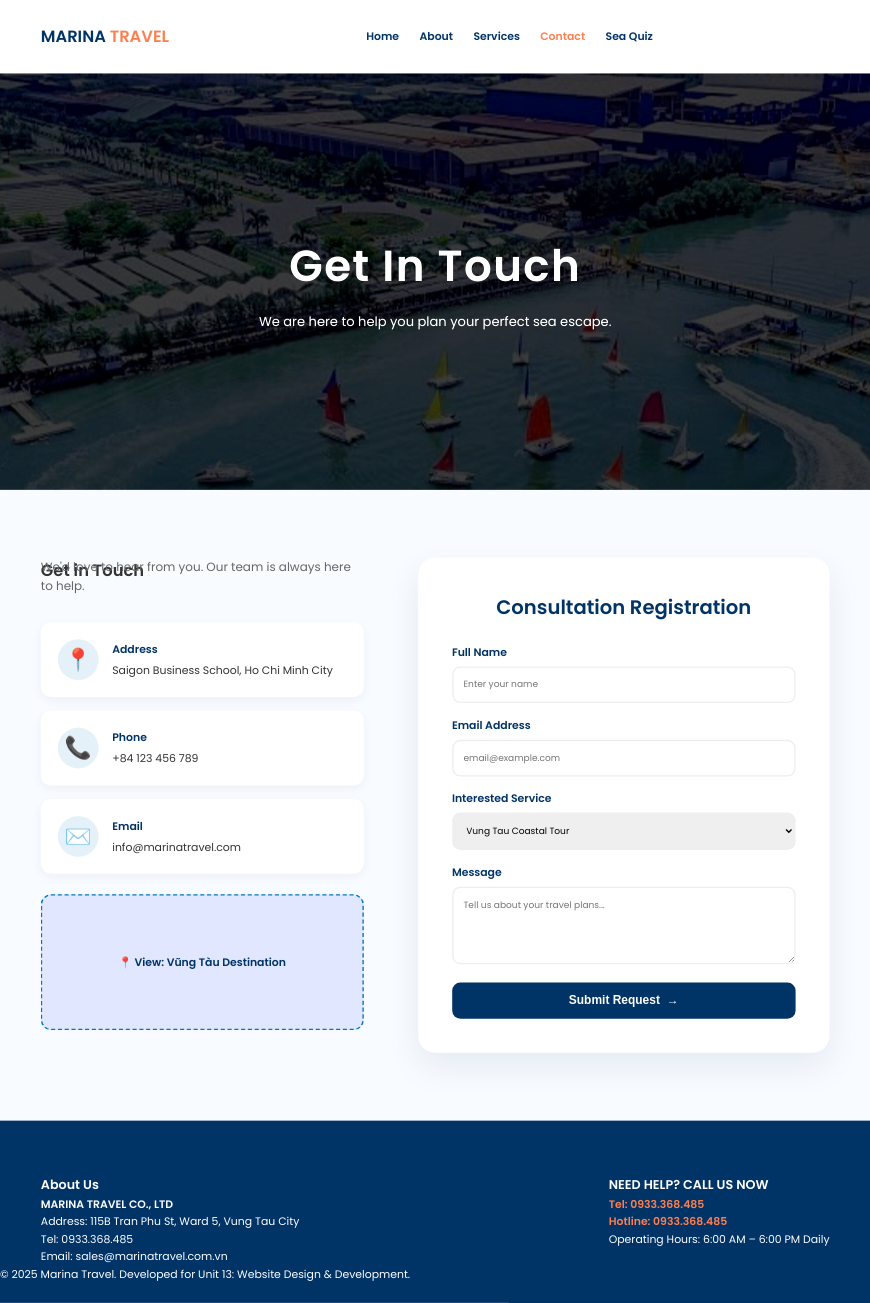
Repository: phatlam0058-commits/WebDD
Page: html/contact.html
These files come from the project's save history. The page is drawn as it stood at one moment and after the next save; the edit follows.
The browser window is 1280 px wide. The pictures show the whole page, at 68% of full size.

Above is the page before, as saved 2026-01-28 14:12:55.

After the next save:
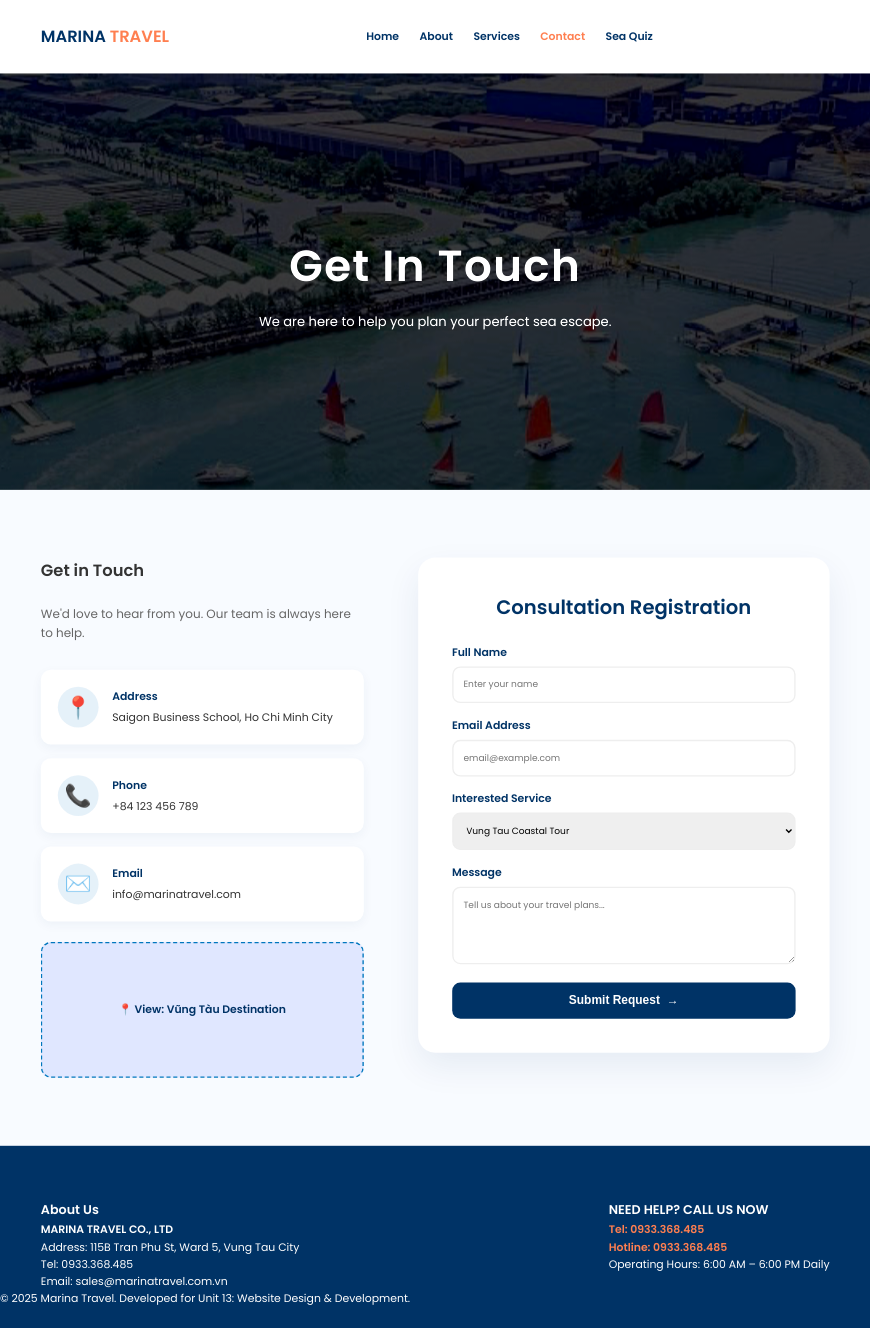
Saved 5 s later.
--- a/css/style.css
+++ b/css/style.css
@@ -565,7 +565,7 @@ footer {
 
 .contact-info-card .subtitle {
     margin: -40px 0 40px 0; /* Căn chỉnh lại khoảng cách dưới title */
-    mảgin-top: 30px;
+    margin-top: 30px;
     color: #666;
     font-size: 1.1rem;
 }
